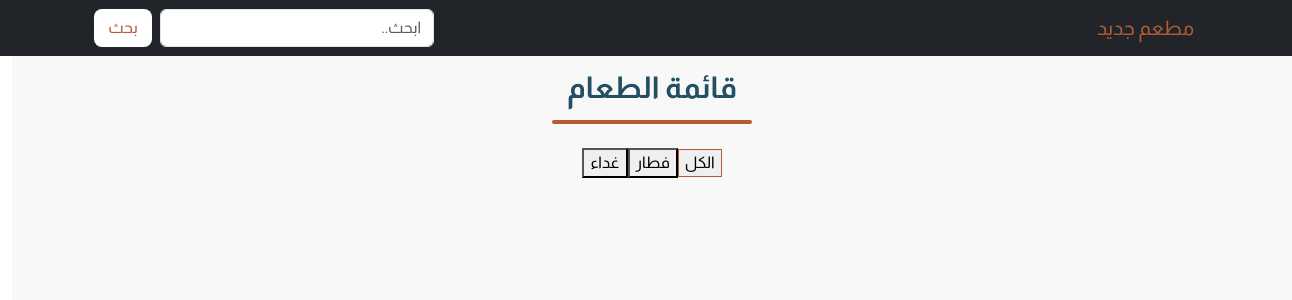
Repository: kerlos-alfy/Restaurant-Menu
Page: /
These files come from the project's save history. The page is drawn as it stood at one moment and after the next save; the edit follows.
The browser window is 1280 px wide. The page is 1292 px wide, so the pictures cover 1292 px, including what lies to the right of the window. The pictures show the whole page.
Some web fonts or font styles are not loaded; a fallback is used. The project was rebuilt for these pictures with package versions that can differ from the ones it lists, and the page was loaded fresh each time. Also part of the build but not shown: vite.config.js, src/App.css.

Above is the page before, as saved 2024-12-20 01:20:45.

After the next save:
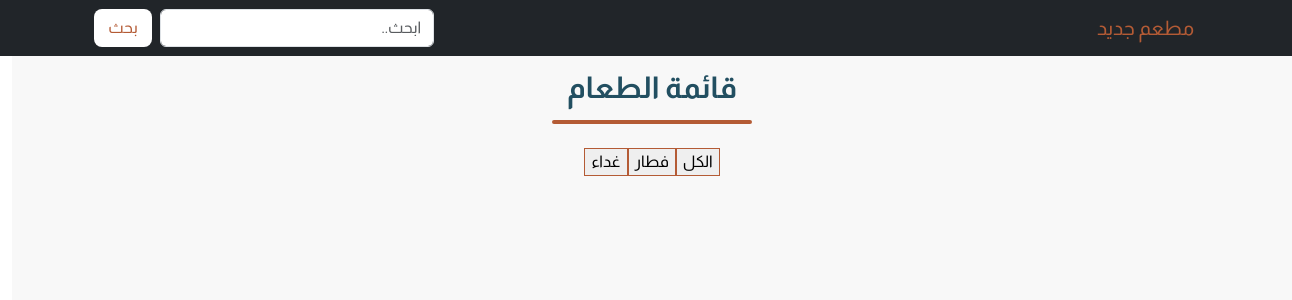
Saved 18 s later.
--- a/src/components/Category.jsx
+++ b/src/components/Category.jsx
@@ -8,8 +8,12 @@ const Category = () => {
 					<button style={{ border: "1px solid #b45b35" }} className="btn-mx-2">
 						الكل
 					</button>
-					<button className="btn-mx-2">فطار</button>
-					<button className="btn-mx-2">غداء</button>
+					<button style={{ border: "1px solid #b45b35" }} className="btn-mx-2">
+						فطار
+					</button>
+					<button style={{ border: "1px solid #b45b35" }} className="btn-mx-2">
+						غداء
+					</button>
 				</div>
 			</Col>
 		</Row>
